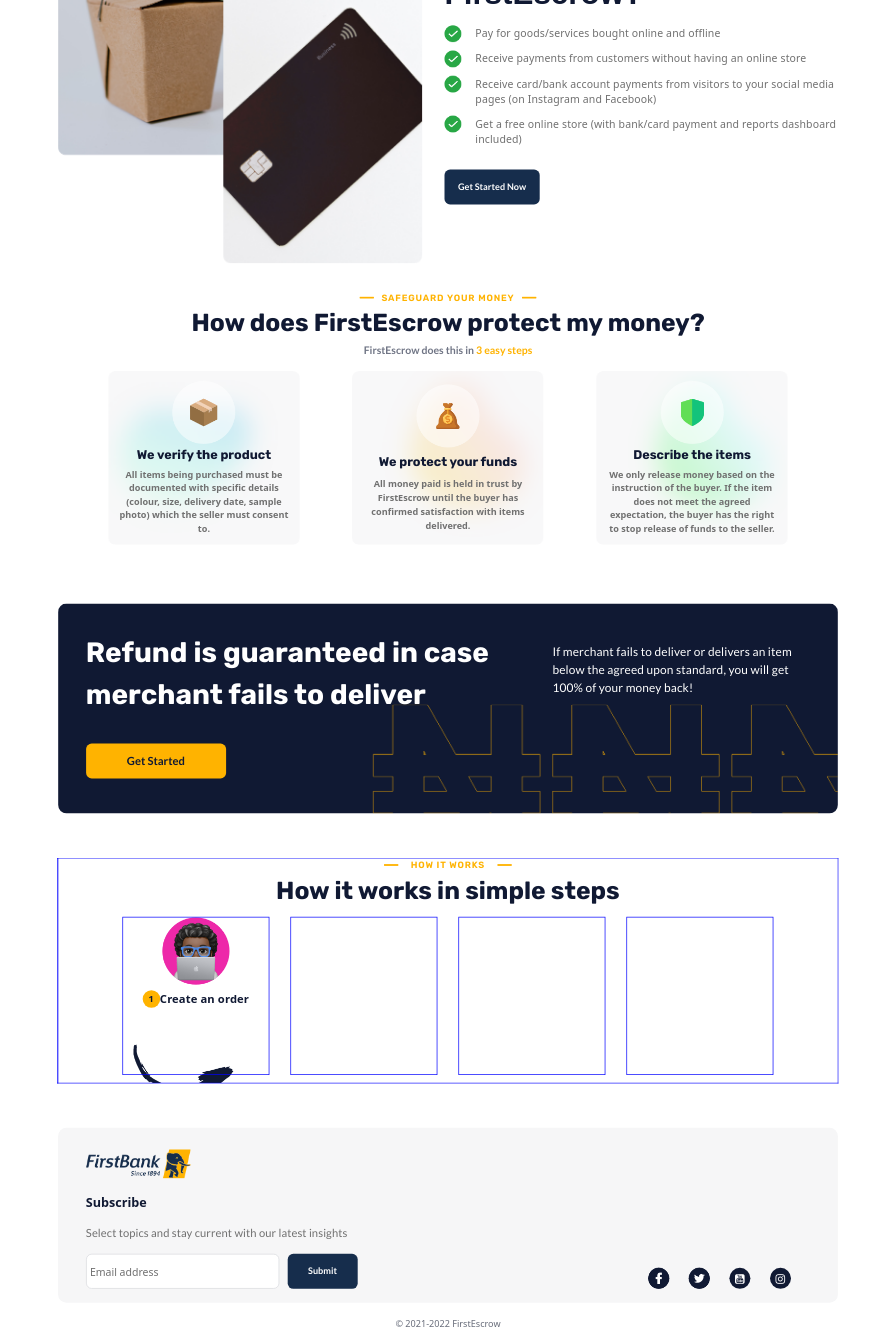
Repository: Pepperest-dev/First_Escrow_Home
Page: index.html
The author's editor kept a copy of each file at every save. The page is drawn from the files as they stood at one save, then again after the next save.
The browser window is 1280 px wide. The pictures show the part of the page from y = 1253 to 3173 px (the page is 3173 px tall), at 70% of full size.

Above is the page before, as saved 2021-09-27 12:13:26.

After the next save:
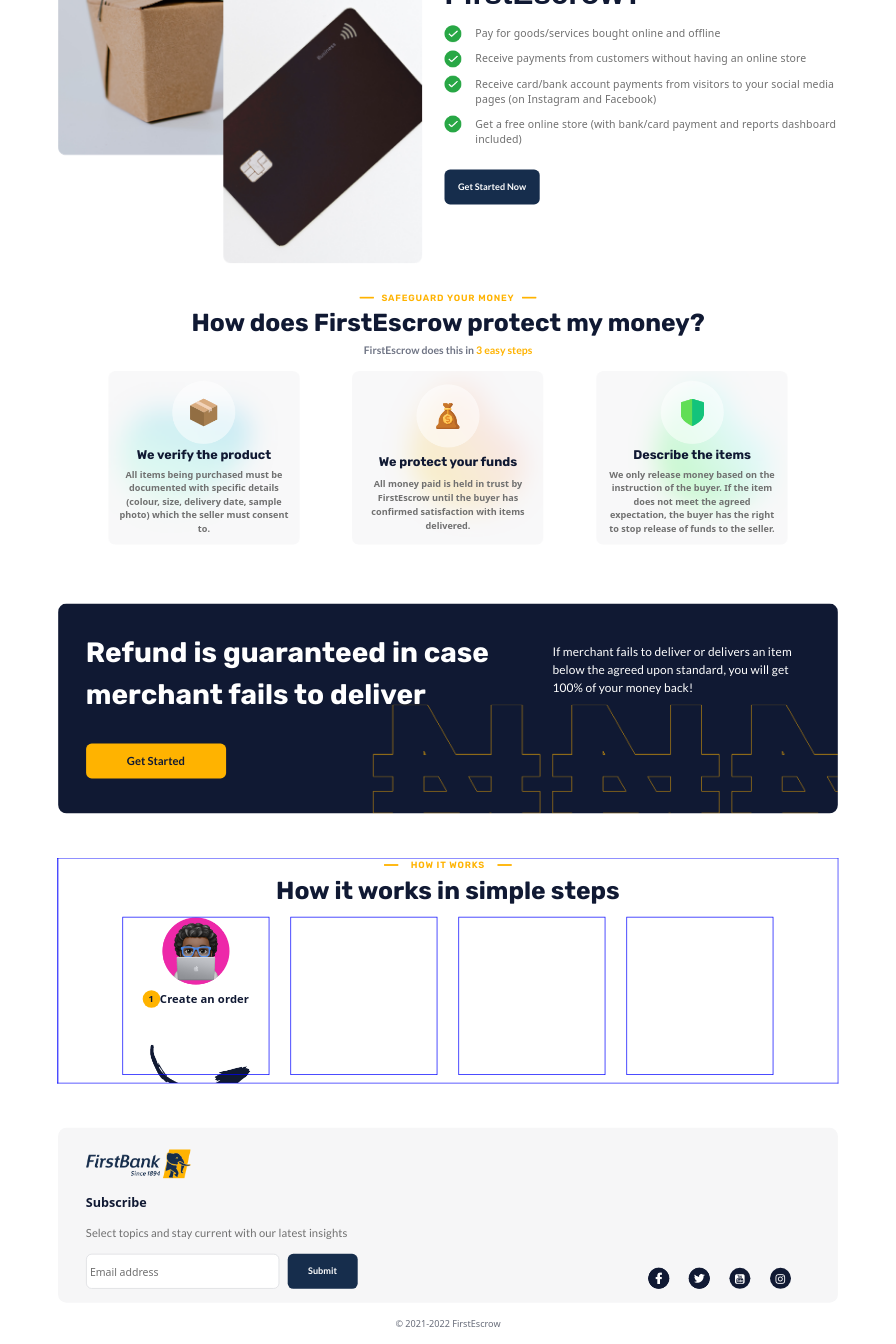
Saved 78 s later.
--- a/index.html
+++ b/index.html
@@ -273,7 +273,7 @@
             <img
               src="/assets/icons/arrowBottom.png"
               alt="arrow bottom"
-              class="h-40 w-40"
+              class="h-40 mx-auto w-40"
             />
           </div>
 
